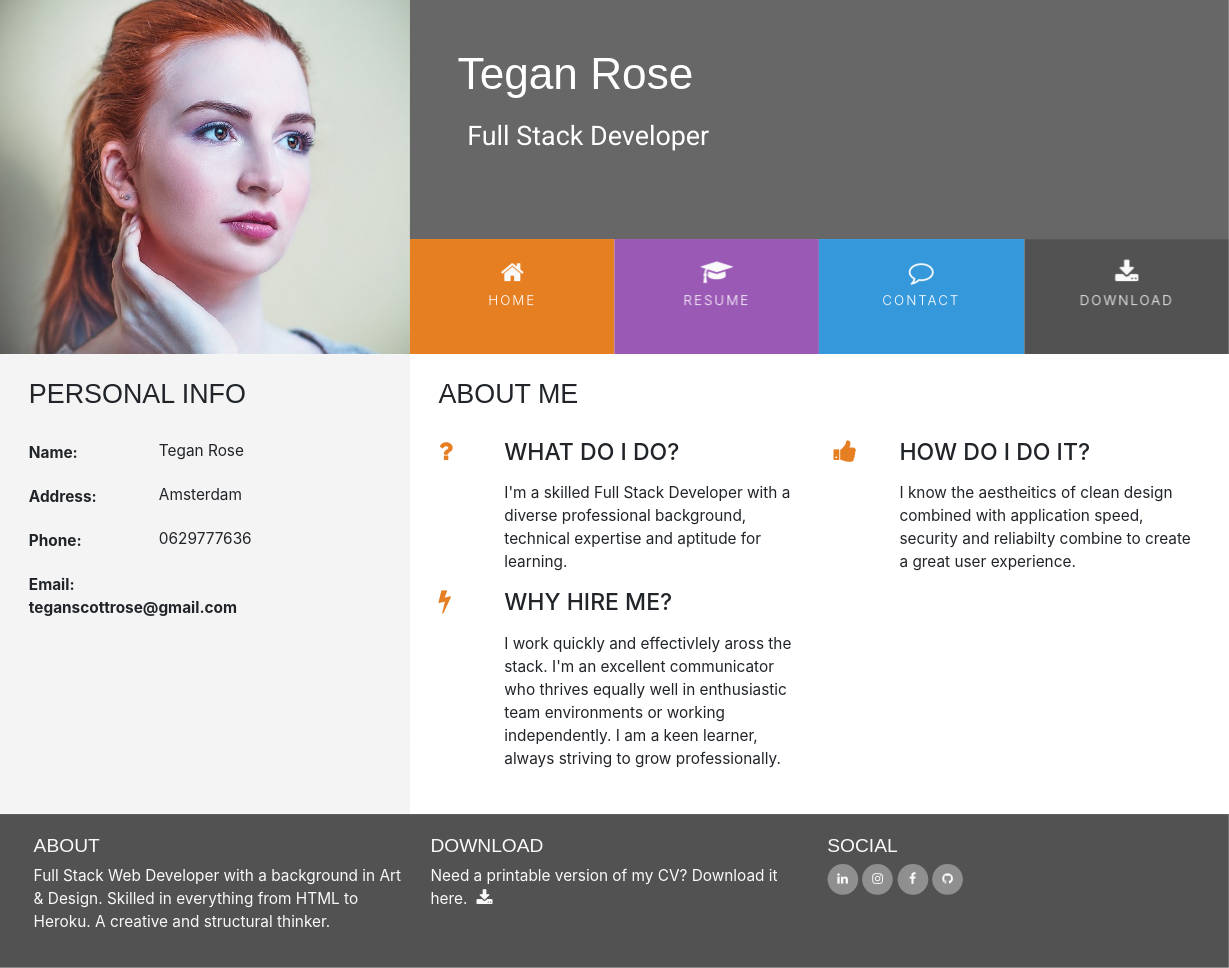
Repository: TSRose/Resume
Page: index.html
The author's editor kept a record of every edit. The page is drawn from the files as they stood at one moment, then again after the next edit.
The browser window is 1280 px wide. The pictures show the whole page, at 96% of full size.

Above is the page before.

After the next edit:
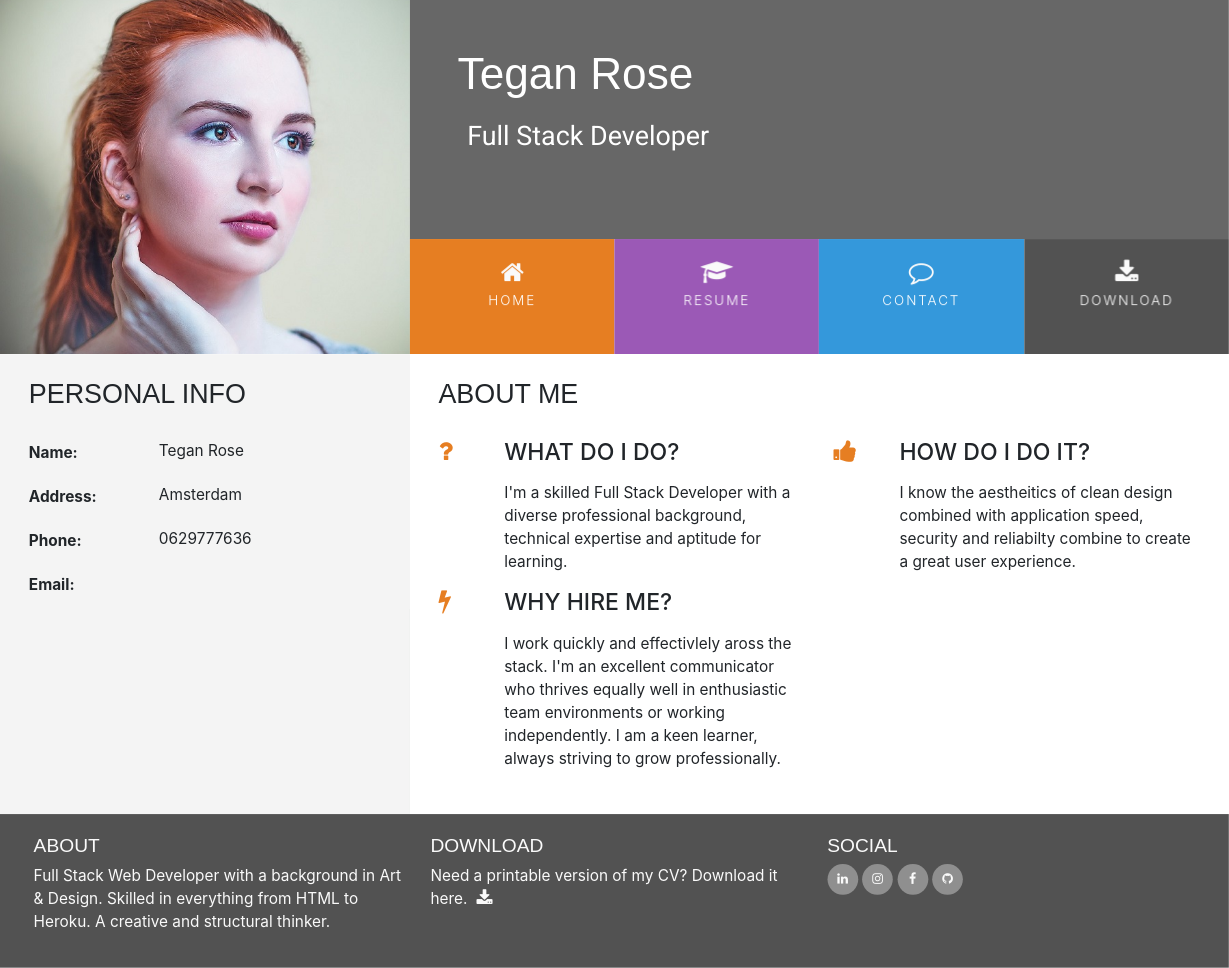
The edit:
--- a/index.html
+++ b/index.html
@@ -94,7 +94,7 @@
                  <div class="personal-info-item">
                     <div class="key">
                         <p ="uppercase">
-                            Email: teganscottrose@gmail.com
+                            Email:
                         </p>
                     </div>
                     <div class="value">
